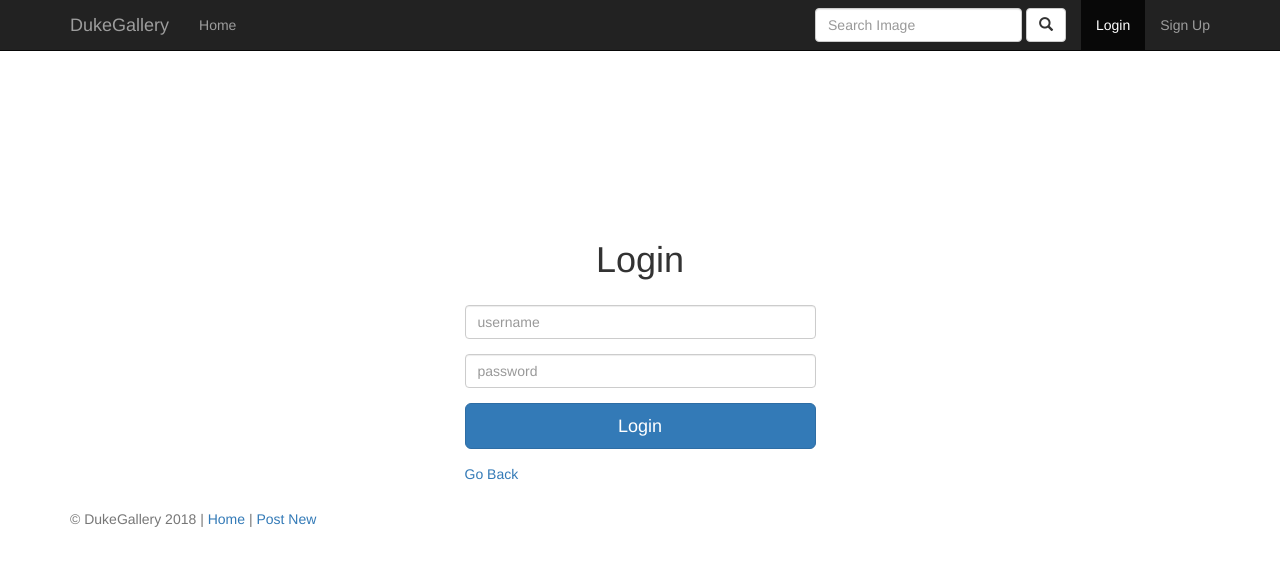
Repository: zhangsi929/Duke_gallery
Page: http://localhost/login
The author's editor kept a record of every edit. The page is drawn from the files as they stood at one moment, then again after the next edit.
The browser window is 1280 px wide. The pictures show the whole page.
Some web libraries are served in a nearby version. The page is served by the project's Node server (app.js). Other server files are loaded and not shown.

Above is the page before.

### views/login.ejs
<% include ./partials/header %>
<div class="row">
    <h1 style="text-align: center">Login</h1>
    <div style="width: 30%; margin: 25px auto;">
        <form action="/login" method="post">
            <div class="form-group">
                <input class="form-control" type="text" name="username" placeholder="username">
            </div>
            <div class="form-group">
                <input class="form-control" type="password" name="password" placeholder="password">
            </div>
            <div class="form-group">
                <button class="btn btn-lg btn-primary btn-block">Login</button>
            </div>
        </form>
        <a href="/gallery">Go Back</a>
    </div>
</div>

<% include ./partials/footer %>

### views/partials/header.ejs
<!DOCTYPE html>
<html>
    <head>
        <!-- Make site responsive on mobile/tablet -->
        <meta name="viewport" content="width=device-width, initial-scale=1">
        <title>Duke Gallery</title>
        <link rel="stylesheet" href="https://maxcdn.bootstrapcdn.com/bootstrap/3.3.7/css/bootstrap.min.css">
        <link rel="stylesheet" href="/stylesheets/main.css">
    </head>
    <body>
        <nav class="navbar navbar-inverse navbar-fixed-top">
        <!--<nav class="navbar navbar-default">-->
            <div class="container">
                <div class="navbar-header">
                    <button type="button" class="navbar-toggle collapsed" data-toggle="collapse" data-target="#navbar" aria-expanded="false" aria-controls="navbar">
                      <span class="sr-only">Toggle navigation</span>
                      <span class="icon-bar"></span>
                      <span class="icon-bar"></span>
                      <span class="icon-bar"></span>
                    </button>

                    <a class="navbar-brand" href="/">DukeGallery</a>
                </div>
                <div id="navbar" class="collapse navbar-collapse">
                  <ul class="nav navbar-nav">
                    <li class="<%= typeof page !== 'undefined' && page === 'gallery' ? 'active' : '' %>"><a href="/gallery">Home</a></li>
                  </ul>
                  <ul class="nav navbar-nav navbar-right">
                          <li>
                            <form class="navbar-form" action = "/gallery" method="GET" >
                            <input type="text" name = "search" class="form-control" placeholder="Search Image">
                            <button type="submit" value = "Search" class="btn btn-default"><i class="glyphicon glyphicon-search"></i></button>
                            </form>
                          </li>
                      <% if(!currentUser){ %>
                          <li class="<%= typeof page !== 'undefined' && page === 'login' ? 'active' : '' %>"><a href="/login">Login</a></li>
                          <li class="<%= typeof page !== 'undefined' && page === 'register' ? 'active' : '' %>"><a href="/register">Sign Up</a></li>
                      <% } else { %>
                          <li><a href="#">Signed In As <%= currentUser.username %></a></li>
                          <li><a href="/logout">Logout</a></li>
                      <% } %>
                  </ul>
                </div>
            </div>
        </nav>
        <div class="container", style="margin: 100px auto;">
        <h1></h1>
        </div>
        <div class="container" ,style="margin: 10px auto;">
            <% if(error && error.length > 0){ %>
                <div class="alert alert-danger" role="alert">
                    <%= error %>
                </div>
            <% } %>
            <% if(success && success.length > 0){ %>
                <div class="alert alert-success" role="alert">
                    <%= success %>
                </div>
            <% } %>
        </div>
        <!--, style="margin: 100px auto;"-->
        <div class="container">

### views/partials/footer.ejs
    </div><!-- /.container -->
    <footer class="footer">
          <div class="container">
            <p class="text-muted">&copy; DukeGallery 2018 | <a href="/gallery">Home</a> | <a href="/gallery/new">Post New</a></p>
          </div>
    </footer>
    <!-- jQuery CDN -->
<script
  src="https://code.jquery.com/jquery-3.1.1.min.js"
  integrity="sha256-hVVnYaiADRTO2PzUGmuLJr8BLUSjGIZsDYGmIJLv2b8="
  crossorigin="anonymous"></script>

<!-- Bootstrap JS CDN -->
<script src="https://maxcdn.bootstrapcdn.com/bootstrap/3.3.7/js/bootstrap.min.js" integrity="sha384-Tc5IQib027qvyjSMfHjOMaLkfuWVxZxUPnCJA7l2mCWNIpG9mGCD8wGNIcPD7Txa" crossorigin="anonymous"></script>
    </body>
</html>

### app.js
//=====main======
var express = require("express");
var app = express();
var bodyParser = require("body-parser");
var mongoose = require("mongoose");
//model import
var Image  = require("./models/image");
var Comment = require("./models/comment");
var passport    = require("passport");
var LocalStrategy = require("passport-local");
var methodOverride = require("method-override");
var User        = require("./models/user");
var seedDB = require("./seeds");
var flash       = require("connect-flash");
//requring routes
var commentRoutes    = require("./routes/comments"),
    galleryRoutes = require("./routes/gallery"),
    indexRoutes      = require("./routes/index")

//mongoose.connect("mongodb://localhost/dukegallery");
mongoose.connect("mongodb://Si:zhangsi110@ds257627.mlab.com:57627/dukegallery");
app.use(bodyParser.urlencoded({extended: true}));
app.set("view engine", "ejs");
app.use(express.static(__dirname + "/public"));
app.use(methodOverride("_method"));
app.use(flash());
//seedDB();
app.locals.moment = require('moment');

// PASSPORT CONFIGURATION
app.use(require("express-session")({
    secret: "Once again Rusty wins cutest dog!",
    resave: false,
    saveUninitialized: false
}));
app.use(passport.initialize());
app.use(passport.session());
passport.use(new LocalStrategy(User.authenticate()));
passport.serializeUser(User.serializeUser());
passport.deserializeUser(User.deserializeUser());

app.use(function(req, res, next){
   res.locals.currentUser = req.user;
   res.locals.error = req.flash("error");
   res.locals.success = req.flash("success");
   next();
});

// ROUTES
app.use("/", indexRoutes);
app.use("/gallery", galleryRoutes);
app.use("/gallery/:id/comments", commentRoutes);

app.listen(process.env.PORT, process.env.IP, function(){
   console.log("The DukeGallery Server Has Started!");
});

### routes/index.js
var express = require("express");
var router  = express.Router({mergeParams: true});

router.get("/", function(req, res){
    res.render("landing");
});
var passport = require("passport");
var User = require("../models/user");
//  ===========
// AUTH ROUTES
//  ===========

// show register form
router.get("/register", function(req, res){
   //res.render("register");
   res.render("register", {page: 'register'});
});
//handle sign up logic
router.post("/register", function(req, res){
    var newUser = new User({username: req.body.username});
    User.register(newUser, req.body.password, function(err, user){
        // if(err){
        //     req.flash("error", err.message);
        //     return res.render("register");
        // }
        if(err){
            console.log(err);
            return res.render("register", {error: err.message});
        }
        passport.authenticate("local")(req, res, function(){
            req.flash("success", "Welcome to DukeGallery " + user.username);
          res.redirect("/gallery");
        });
    });
});
// show login form
router.get("/login", function(req, res){
   //res.render("login");
   res.render("login", {page: 'login'});
});
// handling login logic
router.post("/login", passport.authenticate("local",
    {
        successRedirect: "/gallery",
        failureRedirect: "/login"
    }), function(req, res){
});
// logout route
router.get("/logout", function(req, res){
   req.logout();
   req.flash("success", "Logged you out!");
   res.redirect("/gallery");
});


module.exports = router;

### public/stylesheets/main.css
.thumbnail img {
    width: 100%;
}


.thumbnail {
    padding: 0;
}

.thumbnail .caption-full {
    padding: 9px;
}
.body {
    padding-top: 65px;
}
#delete-form {
    display: inline;
}
/* Google Maps */
#map {
    height: 400px;
    width: 100%;
}
.jumbotron{
  position: relative;
    overflow: hidden;
    /*height: 200px;*/
 /*background-image: url("http://nasher.duke.edu/wp-content/themes/nasher/images/background.jpg");*/
 background-image: url("/image/haha.jpg");
 background-size: cover;
 color: #000000;
  /* Tried setting the height. Didnt work either */
  /* height: 200px; */
}
.jumbotron1{
  position: relative;
    overflow: hidden;
    height: 300px;

  /* Tried setting the height. Didnt work either */
  /* height: 200px; */
}
.container1 {
  position: relative;
  color: #000000;
  z-index: 2;
}
#video-background{
  position: absolute;
  height: auto;
  width: auto;
  min-height: 100%;
  min-width: 100%;
  left: 50%;
  top: 50%;
  -webkit-transform: translate3d(-50%, -50%, 0);
  transform: translate3d(-50%, -50%, 0);
  z-index: 1;
}


#footer{
    display: table;
    text-align: center;
    margin-left: auto;
    margin-right: auto;
}

After the next edit:
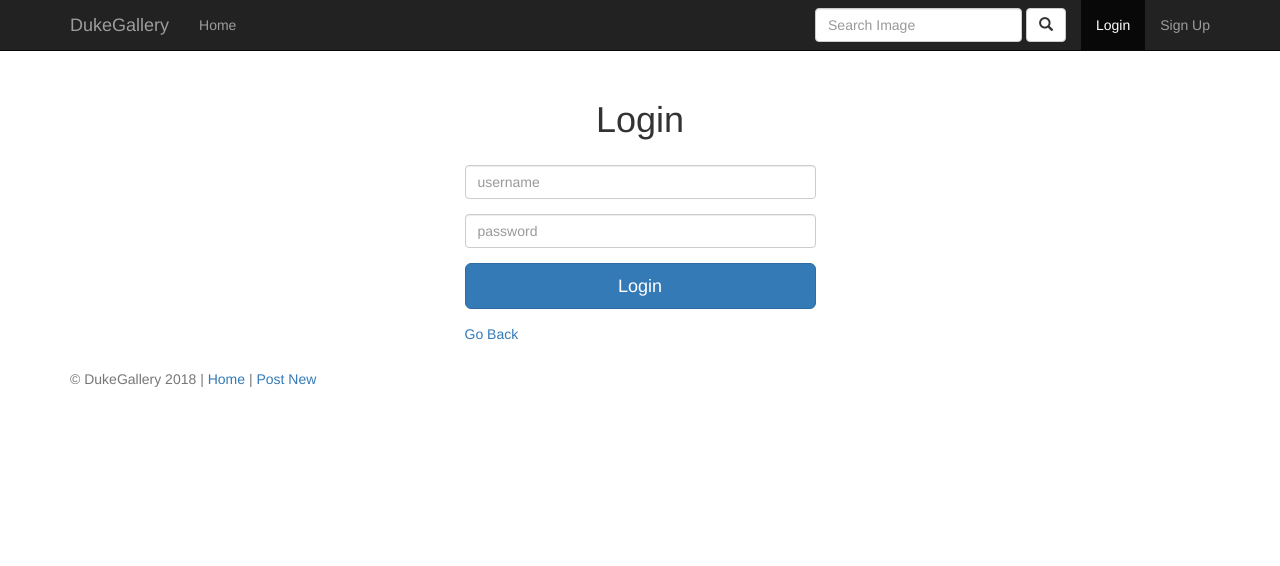
The edit:
--- a/views/partials/header.ejs
+++ b/views/partials/header.ejs
@@ -43,7 +43,7 @@
                 </div>
             </div>
         </nav>
-        <div class="container", style="margin: 100px auto;">
+        <div class="container", style="margin: 30px auto;">
         <h1></h1>
         </div>
         <div class="container" ,style="margin: 10px auto;">
